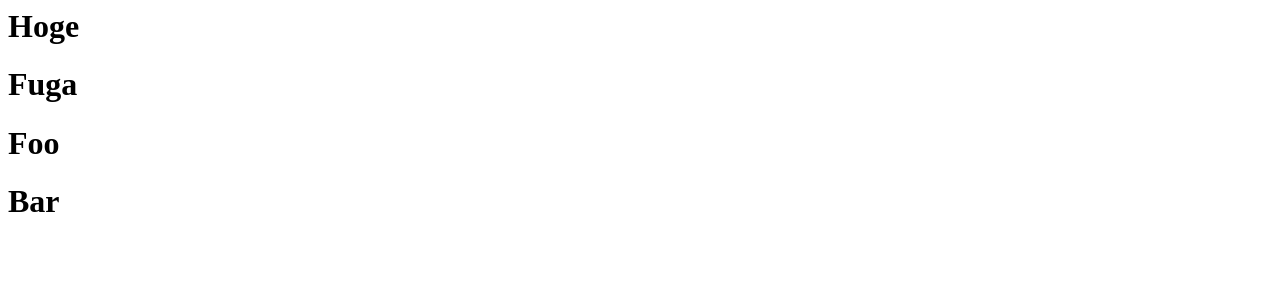
Repository: hideki0118/samurai_HTML-CSS
Page: index2.html
The author's editor kept a record of every edit. The page is drawn from the files as they stood at one moment, then again after the next edit.
The browser window is 1280 px wide. The pictures show the whole page.

Above is the page before.

After the next edit:
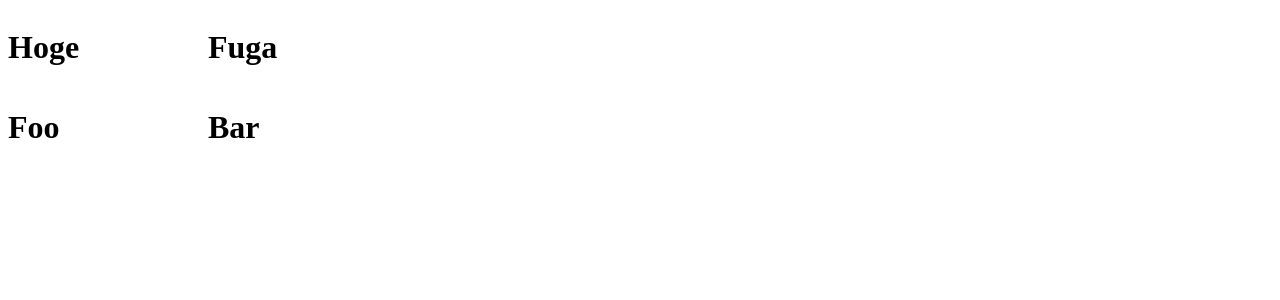
The edit:
--- a/index2.html
+++ b/index2.html
@@ -8,7 +8,7 @@
        </style>
    </head>
    <body>
-       <div id="flex-end">
+       <div id="grid">
            <h1>Hoge</h1>
            <h1>Fuga</h1>
            <h1>Foo</h1>
